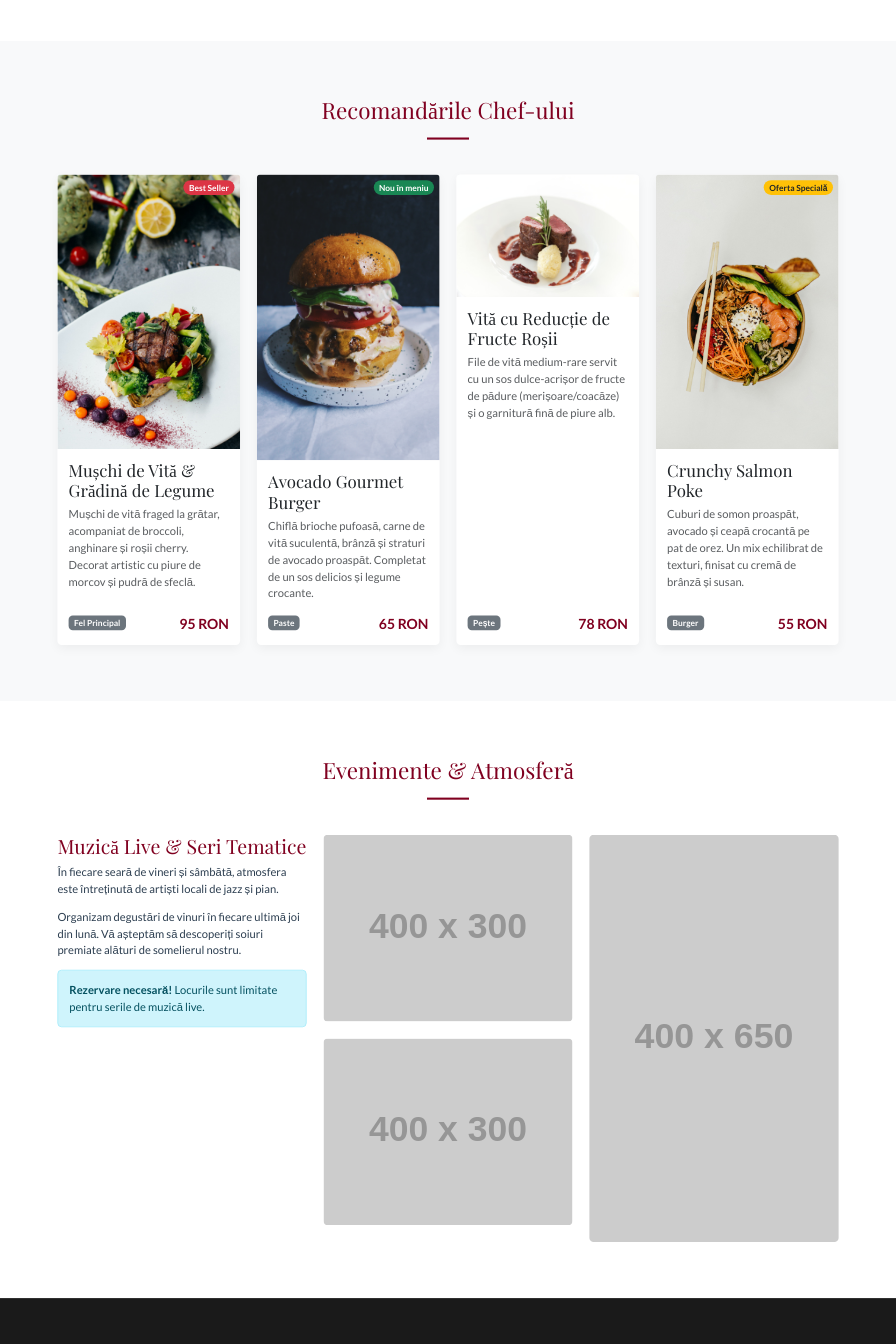
Repository: 912-Comsa-Teodora/bistrot-restaurant
Page: restaurant/index.html
These files come from the project's save history. The page is drawn as it stood at one moment and after the next save; the edit follows.
The browser window is 1280 px wide. The pictures show the part of the page from y = 1078 to 2998 px (the page is 3260 px tall before and 3102 px after), at 70% of full size.
A picture or video elsewhere on the page could not be fetched, so the positions and the page height are approximate.

Above is the page before, as saved 2026-01-17 13:45:45.

After the next save:
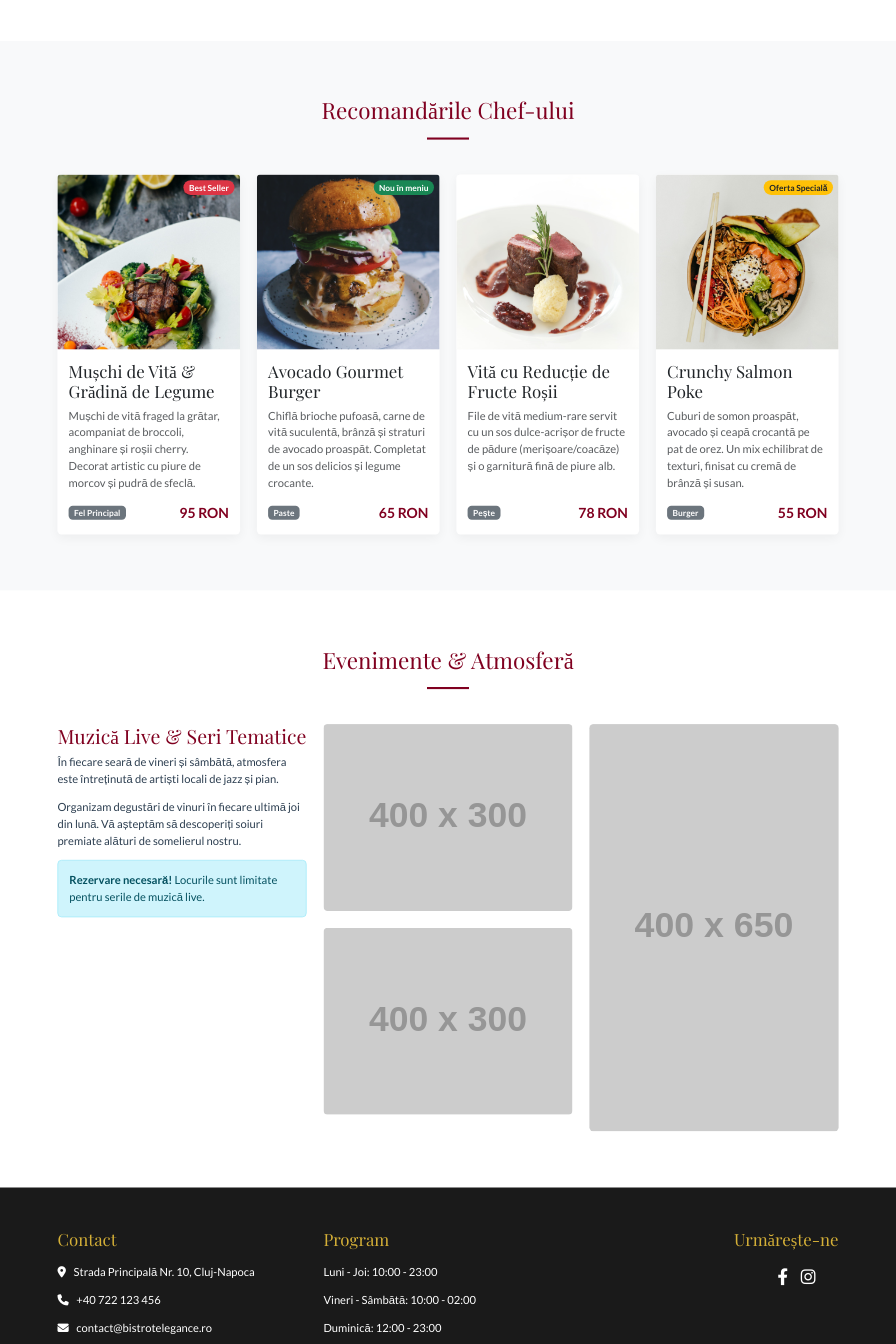
Saved 4 min 8 s later.
--- a/restaurant/index.html
+++ b/restaurant/index.html
@@ -114,6 +114,13 @@
 
         .card:hover {
             transform: translateY(-5px);
+        }
+
+        .card-img-top {
+            height: 250px;
+            width: 100%;
+            object-fit: cover;
+            object-position: center;
         }
 
         .price-tag {
